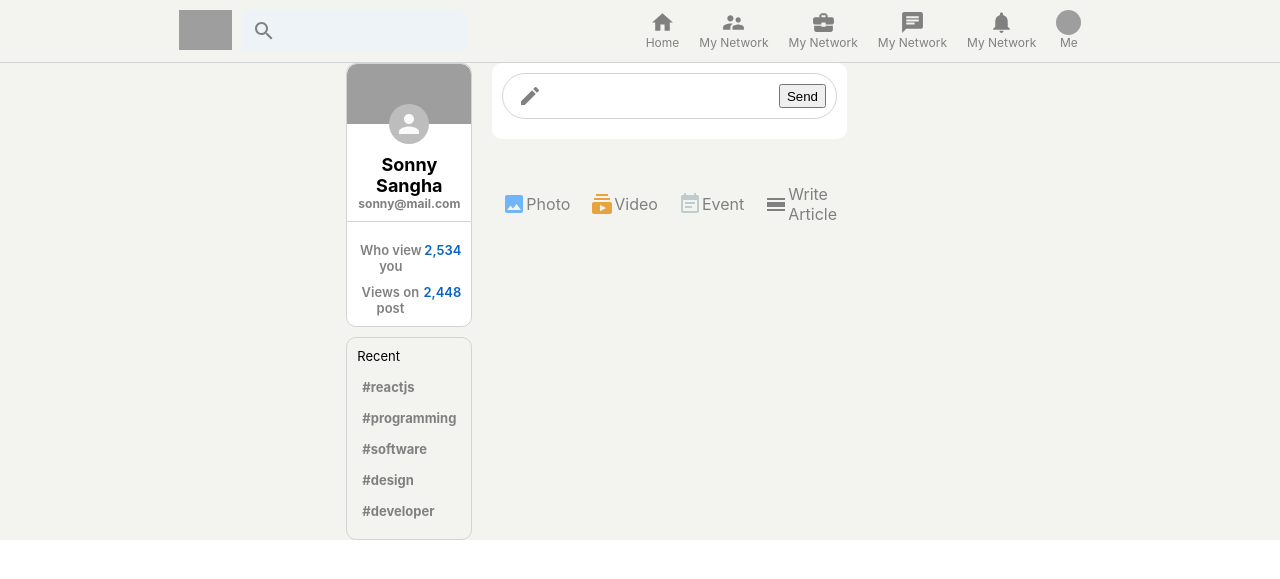
Repository: joaogamarra/linkedin-clone
Page: /
The author's editor kept a copy of each file at every save. The page is drawn from the files as they stood at one save, then again after the next save.
The browser window is 1280 px wide. The pictures show the whole page.
Pictures or frames that could not be fetched are drawn as grey boxes. The project was rebuilt for these pictures with package versions that can differ from the ones it lists, and the page was loaded fresh each time.

Above is the page before, as saved 2021-02-19 13:28:24.

### src/index.js
import React from 'react'
import ReactDOM from 'react-dom'
import './index.css'
import App from './App'

ReactDOM.render(
	<React.StrictMode>
		<App />
	</React.StrictMode>,
	document.getElementById('root')
)

### src/index.css
* {
	margin: 0;
}

body {
	margin: 0;
	font-family: -apple-system, BlinkMacSystemFont, 'Segoe UI', 'Roboto', 'Oxygen', 'Ubuntu', 'Cantarell',
		'Fira Sans', 'Droid Sans', 'Helvetica Neue', sans-serif;
	-webkit-font-smoothing: antialiased;
	-moz-osx-font-smoothing: grayscale;
}

code {
	font-family: source-code-pro, Menlo, Monaco, Consolas, 'Courier New', monospace;
}

### src/App.js
import './App.css'
import Feed from './components/feed/Feed'
import Header from './components/header/Header'
import Sidebar from './components/sidebar/Sidebar'

function App() {
	return (
		<div className='App'>
			<Header />
			<div className='app__body'>
				<Sidebar />
				<Feed />
			</div>
		</div>
	)
}

export default App

### src/App.css
.App {
	background-color: #f3f3ef;
	display: flex;
	flex-direction: column;
	align-items: center;
}

.app__body {
	display: flex;
}

### src/components/feed/Feed.js
import './Feed.css'
import CreateIcon from '@material-ui/icons/Create'
import ImageIcon from '@material-ui/icons/Image'
import SubscriptionsIcon from '@material-ui/icons/Subscriptions'
import EventNoteIcon from '@material-ui/icons/EventNote'
import CalendarViewDayIcon from '@material-ui/icons/CalendarViewDay'
import InputOption from './InputOption'

const Feed = () => {
	return (
		<div className='feed'>
			<div className='feed__inputContainer'>
				<div className='feed__input'>
					<CreateIcon />
					<form>
						<input type='text' />
						<button type='submit'>Send</button>
					</form>
				</div>
			</div>
			<div className='feed__inputOptions'>
				<InputOption Icon={ImageIcon} title='Photo' color='#70b5f9' />
				<InputOption Icon={SubscriptionsIcon} title='Video' color='#E7A33E' />
				<InputOption Icon={EventNoteIcon} title='Event' color='#C0CBCD' />
				<InputOption Icon={CalendarViewDayIcon} title='Write Article' color='#70b5f7FC15E9' />
			</div>
		</div>
	)
}

export default Feed

### src/components/header/Header.js
import './Header.css'
import HeaderOption from './HeaderOption'
import SearchIcon from '@material-ui/icons/Search'
import HomeIcon from '@material-ui/icons/Home'
import SupervisorAccountIcon from '@material-ui/icons/SupervisorAccount'
import BusinessCenterIcon from '@material-ui/icons/BusinessCenter'
import ChatIcon from '@material-ui/icons/Chat'
import NotificationsIcon from '@material-ui/icons/Notifications'

const Header = () => {
	return (
		<div className='header'>
			<div className='header__left'>
				<img src='https://www.flaticon.com/svg/static/icons/svg/174/174857.svg' alt='' />

				<div className='header__search'>
					<SearchIcon />
					<input type='text' />
				</div>
			</div>
			<div className='header__right'>
				<HeaderOption Icon={HomeIcon} title='Home' />
				<HeaderOption Icon={SupervisorAccountIcon} title='My Network' />
				<HeaderOption Icon={BusinessCenterIcon} title='My Network' />
				<HeaderOption Icon={ChatIcon} title='My Network' />
				<HeaderOption Icon={NotificationsIcon} title='My Network' />
				<HeaderOption
					avatar='https://compassionate-leakey-e9b16b.netlify.app/images/IG_Sonny.jpeg'
					title='Me'
				/>
			</div>
		</div>
	)
}

export default Header

### src/components/sidebar/Sidebar.js
import './Sidebar.css'
import { Avatar } from '@material-ui/core'

const Sidebar = () => {
	const recentItem = (topic) => (
		<div className='sidebar__recentItem'>
			<span className='sidebar__hash'>#</span>
			<p>{topic}</p>
		</div>
	)

	return (
		<div className='sidebar'>
			<div className='sidebar__top'>
				<img
					src='https://images.unsplash.com/photo-1579546929518-9e396f3cc809?ixid=MXwxMjA3fDB8MHxwaG90by1wYWdlfHx8fGVufDB8fHw%3D&ixlib=rb-1.2.1&auto=format&fit=crop&w=1350&q=80'
					alt=''
				/>
				<Avatar className='sidebar__avatar' />
				<h2>Sonny Sangha</h2>
				<h4>sonny@mail.com</h4>
			</div>

			<div className='sidebar__stats'>
				<div className='sidebar__stat'>
					<p>Who view you</p>
					<p className='sidebar__statNumber'>2,534</p>
				</div>
				<div className='sidebar__stat'>
					<p>Views on post</p>
					<p className='sidebar__statNumber'>2,448</p>
				</div>
			</div>

			<div className='sidebar__bottom'>
				<p>Recent</p>
				{recentItem('reactjs')}
				{recentItem('programming')}
				{recentItem('software')}
				{recentItem('design')}
				{recentItem('developer')}
			</div>
		</div>
	)
}

export default Sidebar

### src/components/feed/Feed.css
.feed {
	flex: 0.6;
	margin: 0 20px;
}

.feed__inputContainer {
	padding: 10px 10px 20px 10px;
	margin-bottom: 20px;
	border-radius: 10px;
	background-color: white;
}

.feed__input {
	display: flex;
	padding: 10px 10px 10px 15px;
	color: gray;
	border: 1px solid lightgray;
	border-radius: 30px;
}

.feed__input > form {
	display: flex;
	width: 100%;
}

.feed__input > form > input {
	flex: 1;
	margin-left: 10px;
	outline-width: 0;
	font-weight: 600;
	border: none;
}

.feed__input > form > input > button {
	display: none;
}

.feed__inputOptions {
	display: flex;
	justify-content: space-evenly;
}

### src/components/feed/InputOption.js
import './InputOption.css'

const InputOption = ({ Icon, title, color }) => {
	return (
		<div className='inputOption'>
			<Icon style={{ color: color }} />
			{title}
		</div>
	)
}

export default InputOption

### src/components/header/Header.css
.header {
	position: sticky;
	top: 0;
	display: flex;
	justify-content: space-evenly;
	padding: 10px 0;
	width: 100%;
	border-bottom: 0.1px solid lightgray;
	z-index: 30;
}

.header__left {
	display: flex;
}

.header__left > img {
	object-fit: contain;
	height: 40px;
	margin-right: 10px;
}

.header__search {
	padding: 10px;
	display: flex;
	align-items: center;
	border-radius: 5px;
	height: 22px;
	color: gray;
	background-color: #eef3f8;
}

.header__search > input {
	outline: none;
	border: none;
	background: none;
}

.header__right {
	display: flex;
}

### src/components/header/HeaderOption.js
import './HeaderOption.css'
import { Avatar } from '@material-ui/core'

const HeaderOption = ({ avatar, Icon, title }) => {
	return (
		<div className='headerOption'>
			{Icon && <Icon className='headerOption__icon' />}
			{avatar && <Avatar className='headerOption__icon' src={avatar} />}
			<h3 className='headerOption__title'>{title}</h3>
		</div>
	)
}

export default HeaderOption

### src/components/sidebar/Sidebar.css
.sidebar {
	position: sticky;
	flex: 0.2;
	top: 80px;
	height: fit-content;
	border-radius: 10px;
	text-align: center;
}

.sidebar__avatar {
	margin-bottom: 10px;
}

.sidebar__top > h4 {
	color: gray;
	font-size: 12px;
}

.sidebar__top > h2 {
	font-size: 18px;
}

.sidebar__top {
	display: flex;
	flex-direction: column;
	align-items: center;
	border: 1px solid lightgray;
	border-bottom: 0;
	border-top-left-radius: 10px;
	border-top-right-radius: 10px;
	background-color: white;
	padding-bottom: 10px;
}

.sidebar__top > img {
	margin-bottom: -20px;
	width: 100%;
	height: 60px;
	border-top-left-radius: 10px;
	border-top-right-radius: 10px;
}
.sidebar__stats {
	padding: 10px;
	margin-bottom: 10px;
	border: 1px solid lightgray;
	border-bottom-left-radius: 10px;
	border-bottom-right-radius: 10px;
	background-color: white;
}

.sidebar__stat {
	margin-top: 10px;
	display: flex;
	justify-content: space-between;
}

.sidebar__stat > p {
	color: gray;
	font-size: 13px;
	font-weight: 600;
}

.sidebar__statNumber {
	font-weight: bold;
	color: #0a66c2 !important;
}

.sidebar__bottom {
	text-align: left;
	padding: 10px;
	border: 1px solid lightgray;
	border-radius: 10px;
	margin-top: 10px;
}

.sidebar__bottom > p {
	font-size: 13px;
	padding-bottom: 10px;
}

.sidebar__recentItem {
	display: flex;
	font-size: 13px;
	color: gray;
	font-weight: bolder;
	cursor: pointer;
	margin-bottom: 5px;
	padding: 5px;
}

.sidebar__recentItem:hover {
	background-color: whitesmoke;
	border-radius: 10px;
	cursor: pointer;
	color: black;
}

.sidebar_hash {
	margin: 0 10px 0 5px;
}

### src/components/feed/InputOption.css
.inputOption {
	display: flex;
	align-items: center;
	padding: 10px;
	margin-top: 15px;
	color: gray;
	cursor: pointer;
}

.inputOption:hover {
	background-color: whitesmoke;
	border-radius: 10px;
}

.inputOption > h4 {
	margin-left: 5px;
}

### src/components/header/HeaderOption.css
.headerOption {
	display: flex;
	flex-direction: column;
	align-items: center;
	margin-right: 20px;
	color: gray;
	cursor: pointer;
}

.headerOption:hover {
	color: black;
}

.headerOption__title {
	font-size: 12px;
	font-weight: 400;
}

.headerOption__icon {
	object-fit: contain;
	height: 25px !important;
	width: 25px !important;
}

Loaded but not shown: public/index.html (common file)

After the next save:
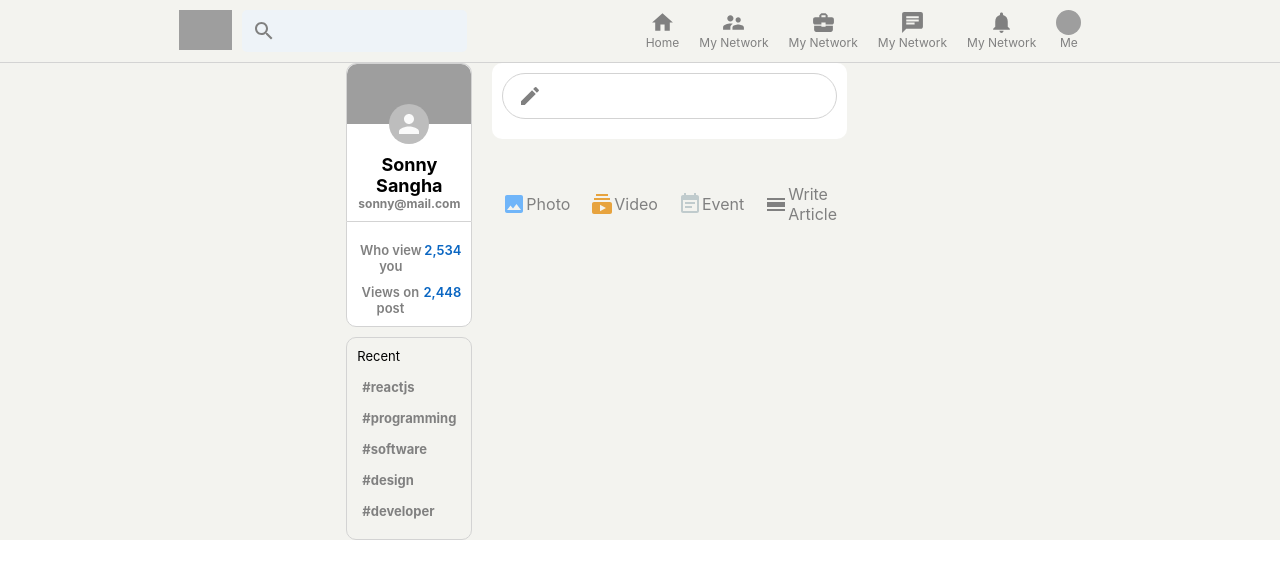
Saved 91 s later.
--- a/src/components/feed/Feed.css
+++ b/src/components/feed/Feed.css
@@ -31,7 +31,7 @@
 	border: none;
 }
 
-.feed__input > form > input > button {
+.feed__input > form > button {
 	display: none;
 }
 
